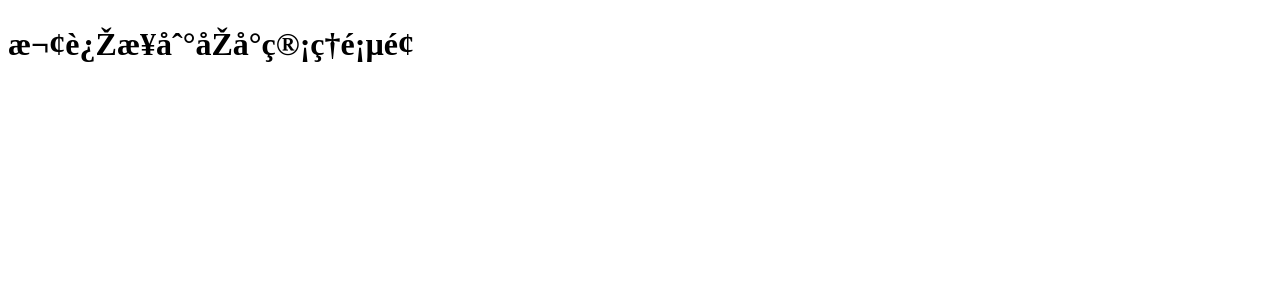
Repository: Wsj090936/OnlineShoppingMall
Page: http://localhost/online-shoppingmall-manager-web/
The author's editor kept a copy of each file at every save. The page is drawn from the files as they stood at one save, then again after the next save.
The browser window is 1280 px wide. The pictures show the whole page.
The page is served by Tomcat 9. Other server files are loaded and not shown.

Above is the page before, as saved 2017-12-14 12:46:37.

### online-shoppingmall-manager/online-shoppingmall-manager-web/src/main/webapp/index.jsp
<%@ page language="java" contentType="text/html; charset=ISO-8859-1"
    pageEncoding="ISO-8859-1"%>
<!DOCTYPE html PUBLIC "-//W3C//DTD HTML 4.01 Transitional//EN" "http://www.w3.org/TR/html4/loose.dtd">
<html>
<head>
<meta http-equiv="Content-Type" content="text/html; charset=ISO-8859-1">
<title>后台管理</title>
</head>
<body>
	<h1>欢迎来到后台管理页面</h1>
</body>
</html>

After the next save:
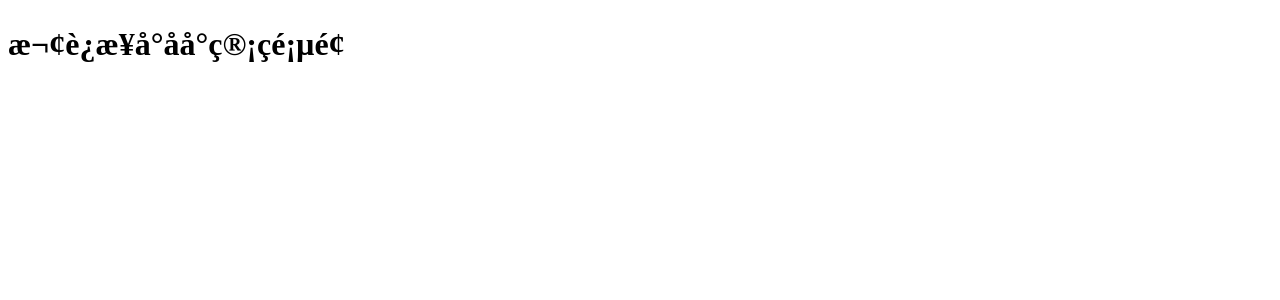
Saved 14 s later.
--- a/online-shoppingmall-manager/online-shoppingmall-manager-web/src/main/webapp/index.jsp
+++ b/online-shoppingmall-manager/online-shoppingmall-manager-web/src/main/webapp/index.jsp
@@ -1,4 +1,4 @@
-<%@ page language="java" contentType="text/html; charset=ISO-8859-1"
+<%@ page language="java" contentType="text/html; charset=UTF-8"
     pageEncoding="ISO-8859-1"%>
 <!DOCTYPE html PUBLIC "-//W3C//DTD HTML 4.01 Transitional//EN" "http://www.w3.org/TR/html4/loose.dtd">
 <html>
